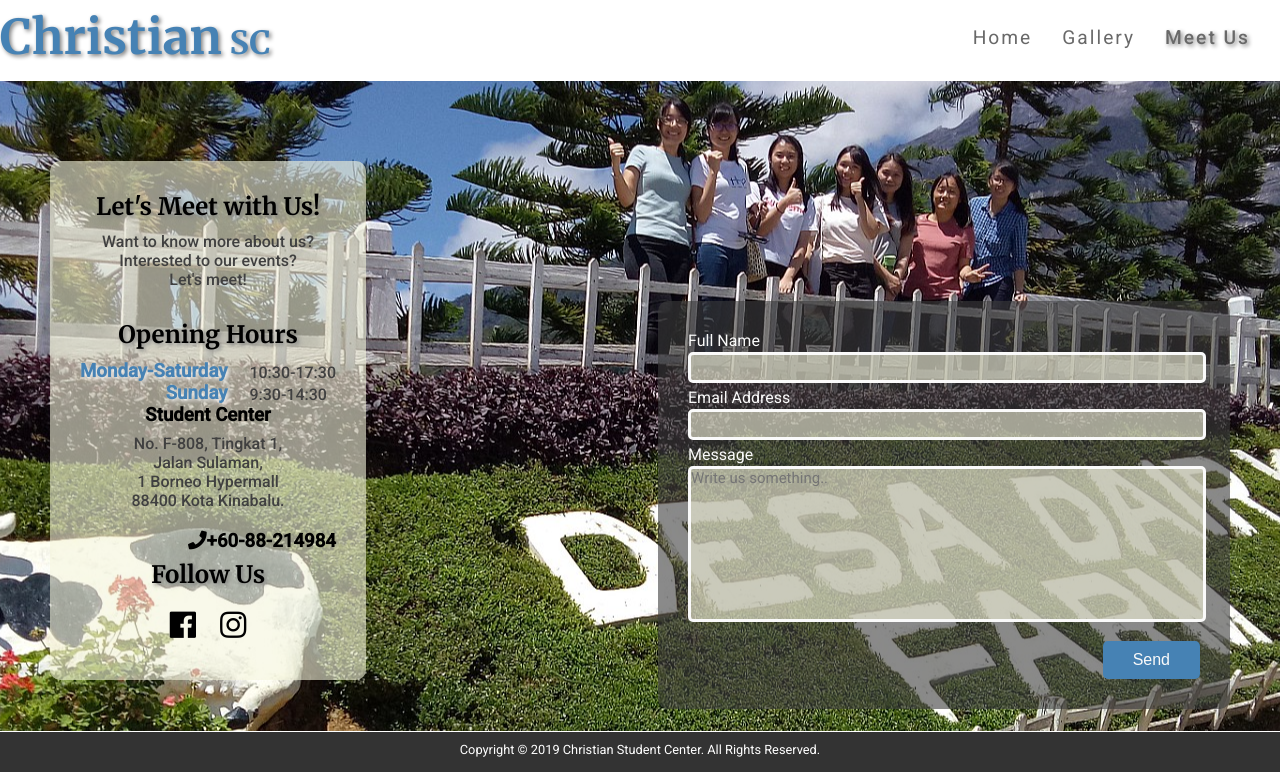
Repository: kongteckmee/christian-sc
Page: meet.html
The author's editor kept a record of every edit. The page is drawn from the files as they stood at one moment, then again after the next edit.
The browser window is 1280 px wide. The pictures show the whole page.
Some web libraries are served in a nearby version.

Above is the page before.

After the next edit:
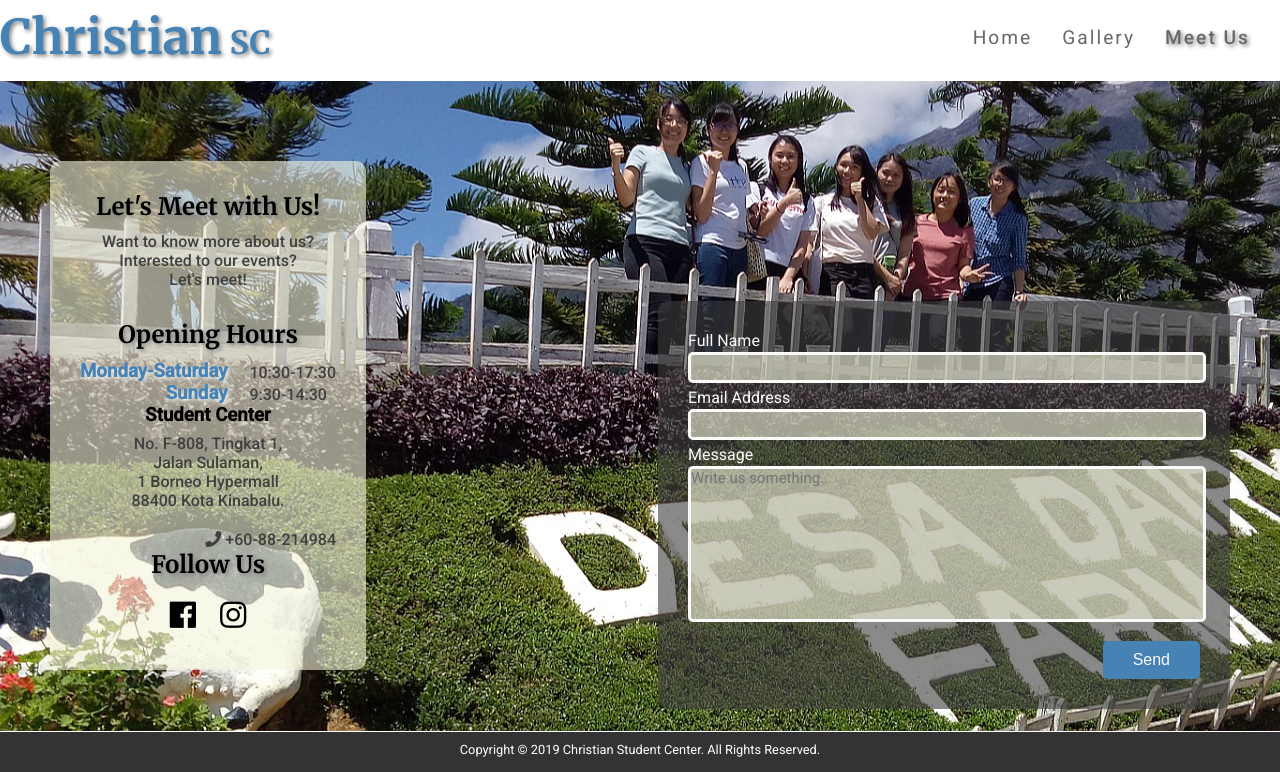
The edit:
--- a/meet.html
+++ b/meet.html
@@ -57,9 +57,7 @@
                 <p>88400 Kota Kinabalu.</p>
             </div>
             <div id="phone">
-                <h3><i class="fas fa-phone"></i>+60-88-214984</h3>
-                <br>
-                <p></p>
+                <p><i class="fas fa-phone"></i> +60-88-214984</p>
             </div>
             <div id="follow">
                 <h2>Follow Us</h2>
